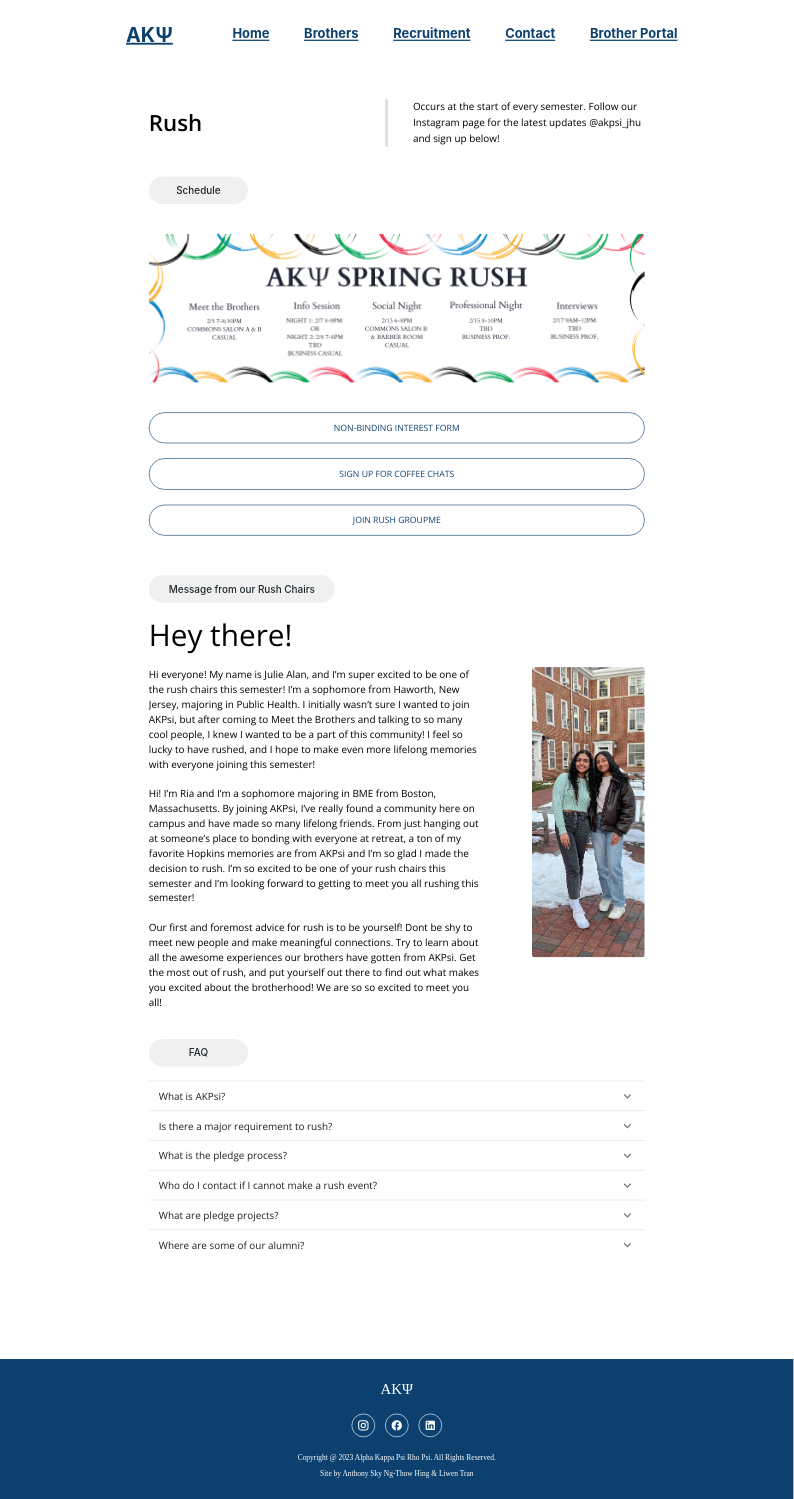
Repository: akpsi-jhu/rho-psi-website-v1
Page: /#/recruitment (app in web-app/)
These files come from the project's save history. The page is drawn as it stood at one moment and after the next save; the edit follows.
The browser window is 1280 px wide. The pictures show the whole page, at 62% of full size.
The page's requests for data from a server got no answer. Some web fonts or font styles are not loaded; a fallback is used. The project was rebuilt for these pictures with package versions that can differ from the ones it lists, and the page was loaded fresh each time. No one was signed in, and anything a server would have sent is missing. Also part of the build but not shown: web-app/src/Components/Hero.js, web-app/src/Components/HoverCard.js, web-app/src/Components/About.js, web-app/src/styles/SlideshowStyles.css, web-app/src/Components/ImageSlideshow.js, web-app/src/Components/Rush.js, web-app/src/Components/Logos.js, web-app/src/Components/AlertBar.js and 14 more.

Above is the page before, as saved 2024-01-23 15:31:43.

After the next save:
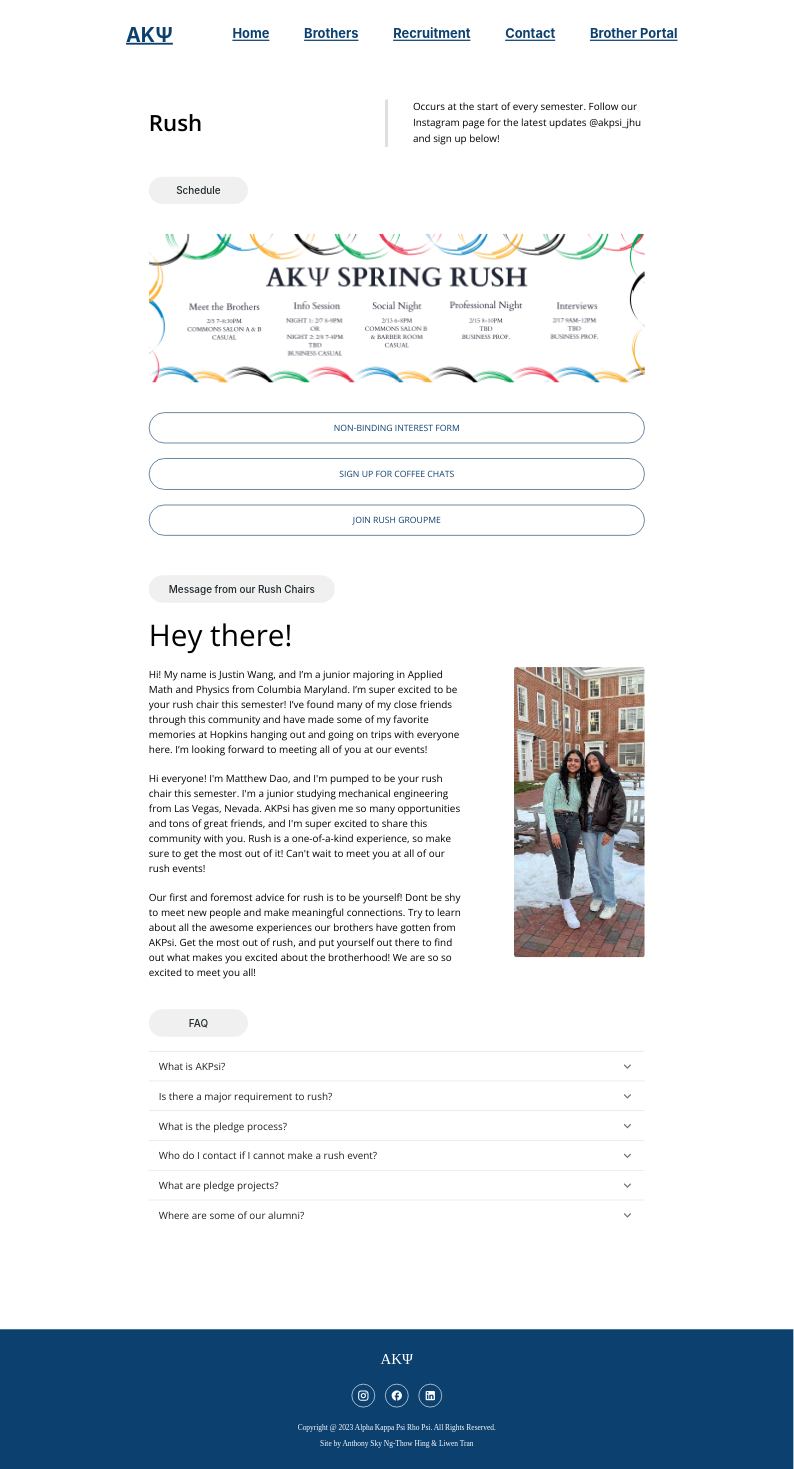
Saved 218 days later.
--- a/web-app/src/Components/RushMessage.js
+++ b/web-app/src/Components/RushMessage.js
@@ -65,9 +65,9 @@
                 <Stack height="100%" spacing={4} textAlign="left">
                     <Stack spacing={3} textAlign="left">
                         <Typography variant="h7" fontFamily="" lineHeight={1.5} fontSize={{xs: 16, md: 16, lg: 16}}
-                                    fontWeight={400}>Hi everyone! My name is Julie Alan, and I’m super excited to be one of the rush chairs this semester! I’m a sophomore from Haworth, New Jersey, majoring in Public Health. I initially wasn’t sure I wanted to join AKPsi, but after coming to Meet the Brothers and talking to so many cool people, I knew I wanted to be a part of this community! I feel so lucky to have rushed, and I hope to make even more lifelong memories with everyone joining this semester!</Typography>
+                                    fontWeight={400}>Hi! My name is Justin Wang, and I’m a junior majoring in Applied Math and Physics from Columbia Maryland. I’m super excited to be your rush chair this semester! I’ve found many of my close friends through this community and have made some of my favorite memories at Hopkins hanging out and going on trips with everyone here. I’m looking forward to meeting all of you at our events!</Typography>
                         <Typography variant="h7" fontFamily="" lineHeight={1.5} fontSize={{xs: 16, md: 16, lg: 16}}
-                                    fontWeight={400}>Hi! I’m Ria and I’m a sophomore majoring in BME from Boston, Massachusetts. By joining AKPsi, I’ve really found a community here on campus and have made so many lifelong friends. From just hanging out at someone’s place to bonding with everyone at retreat, a ton of my favorite Hopkins memories are from AKPsi and I’m so glad I made the decision to rush. I’m so excited to be one of your rush chairs this semester and I’m looking forward to getting to meet you all rushing this semester!</Typography>
+                                    fontWeight={400}>Hi everyone! I'm Matthew Dao, and I'm pumped to be your rush chair this semester. I'm a junior studying mechanical engineering from Las Vegas, Nevada. AKPsi has given me so many opportunities and tons of great friends, and I'm super excited to share this community with you. Rush is a one-of-a-kind experience, so make sure to get the most out of it! Can't wait to meet you at all of our rush events!</Typography>
                         <Typography variant="h7" fontFamily="" lineHeight={1.5} fontSize={{xs: 16, md: 16, lg: 16}}
                                     fontWeight={400}>Our first and foremost advice for rush is to be yourself! Dont be
                             shy to meet new people and make meaningful connections. Try to learn about all the awesome
